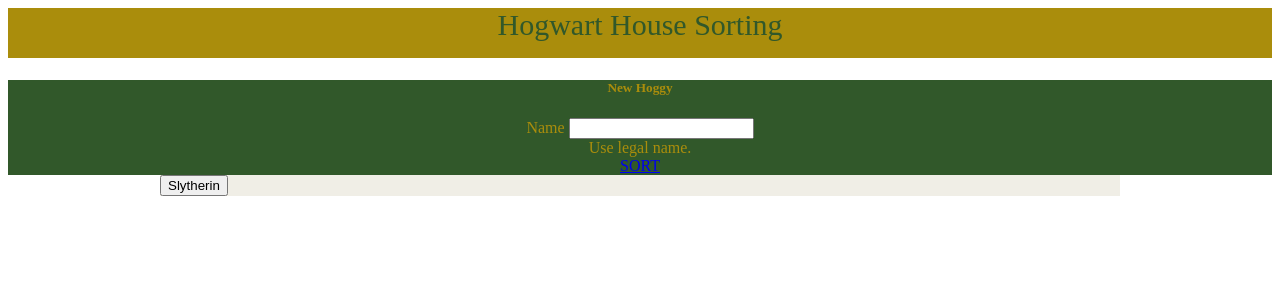
Repository: ZamlZam/INDIVIDUAL-PROJECT-sorting-hat
Page: index.html
These files come from the project's save history. The page is drawn as it stood at one moment and after a run of saves; the edit follows.
The browser window is 1280 px wide. The pictures show the whole page.

Above is the page before, as saved 2023-04-29 12:25:50.

### index.html
<!DOCTYPE html>
<html lang="en">
<head>
  <meta charset="UTF-8">
  <meta http-equiv="X-UA-Compatible" content="IE=edge">
  <meta name="viewport" content="width=device-width, initial-scale=1.0">
  <title>Document</title>
  <link rel ="stylesheet" href="main.css">
</head>
<body>

  <div class="card1">
    <div class="card-header">
      Hogwart House Sorting
    </div>
    <div class="card-body">
      <h5 class="card-title">New Hoggy</h5>
      <form>
        <div class="mb-3">
          <label for="exampleInputEmail1" class="form-label">Name</label>
          <input type="Name" class="form-control" id="Name" aria-describedby="Name">
          <div id="Name" class="form-text">Use legal name.</div>
        </div>
      <!-- <p class="card-text">With supporting text below as a natural lead-in to additional content.</p> -->
      <a href="#" class="btn btn-primary">SORT</a>
    </div>

     <!-- Footer with flex-container -->
    <div class="card-footer">
      <!-- <div class="flex-container"> -->
      <div class="Houses">
        <button type="button" class="btn btn-outline-dark">Slytherin</button>
        <!-- <li class="box one">
          <a class="nav-Slytherin" href="#">Slytherin</a>
        </li>
        <li class="box two">
          <a class="nav-Ravenclaw" href="#">Ravenclaw</a>
        </li>
        <li class="box three">
          <a class="nav-Hufflepuff" href="#">Hufflepuff</a>
        </li>
        <li class="box four">
          <a class="nav-Gryffindor" href="#">Gryffindor</a>
        </li> -->
      </div>
    </div>


    </div>
  </div>









</body>
</html>

### main.css
.card-header {
  width: 100%;
  height: 50px;
  background: rgb(170, 141, 12);
  color: rgb(49, 88, 42);
  text-align: center;
  align-items: center;
  font-size: 30px;
  /* display:flex; */
  justify-content: center;
  font-weight:500;
}


.card-body {
  background: rgb(49, 88, 42);
  color: rgb(170, 141, 12);
  text-align: center;
  align-items: center;
}

.card-footer{
  width: 100%;
  max-width: 960px;
  margin: 0 auto;
  background: rgb(240, 238, 230);
  /* align-items: center;
  font-size: 30px;
  flex-direction: row-reverse; */
}

.Houses{
  display: flex;

}

.box{
  height: 100px;
  width: 100px;
  flex-grow: 1;
  flex-shrink: 1;

}

.one{
  background-color: green;
  color: #AAAAAA;
}

.two{
  background-color: blue;
  color: #946B2D;
}

.three{
  background-color: gold;
  color: #60605C;
}

.four{
  background-color: #740001;
  color: #D3A625;
}

After the next 2 saves:
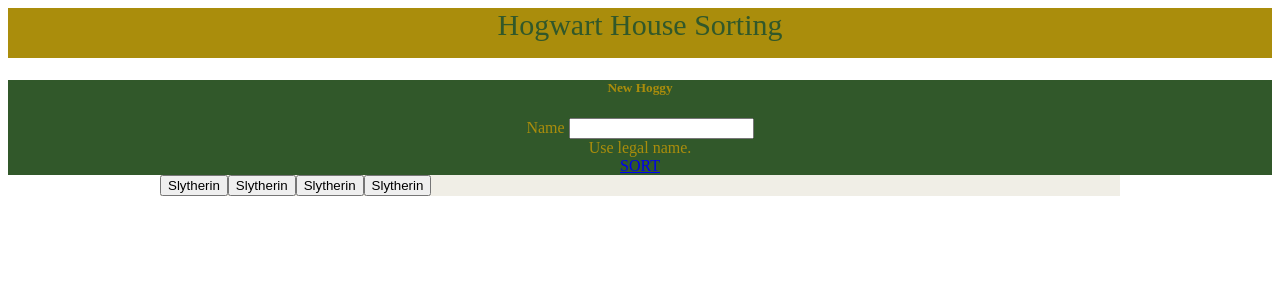
The 2 saves are shown as one change because they came seconds apart.
The last was saved 60 s later.
--- a/index.html
+++ b/index.html
@@ -30,6 +30,9 @@
       <!-- <div class="flex-container"> -->
       <div class="Houses">
         <button type="button" class="btn btn-outline-dark">Slytherin</button>
+        <button type="button" class="btn btn-outline-dark">Slytherin</button>
+        <button type="button" class="btn btn-outline-dark">Slytherin</button>
+        <button type="button" class="btn btn-outline-dark">Slytherin</button>
         <!-- <li class="box one">
           <a class="nav-Slytherin" href="#">Slytherin</a>
         </li>
